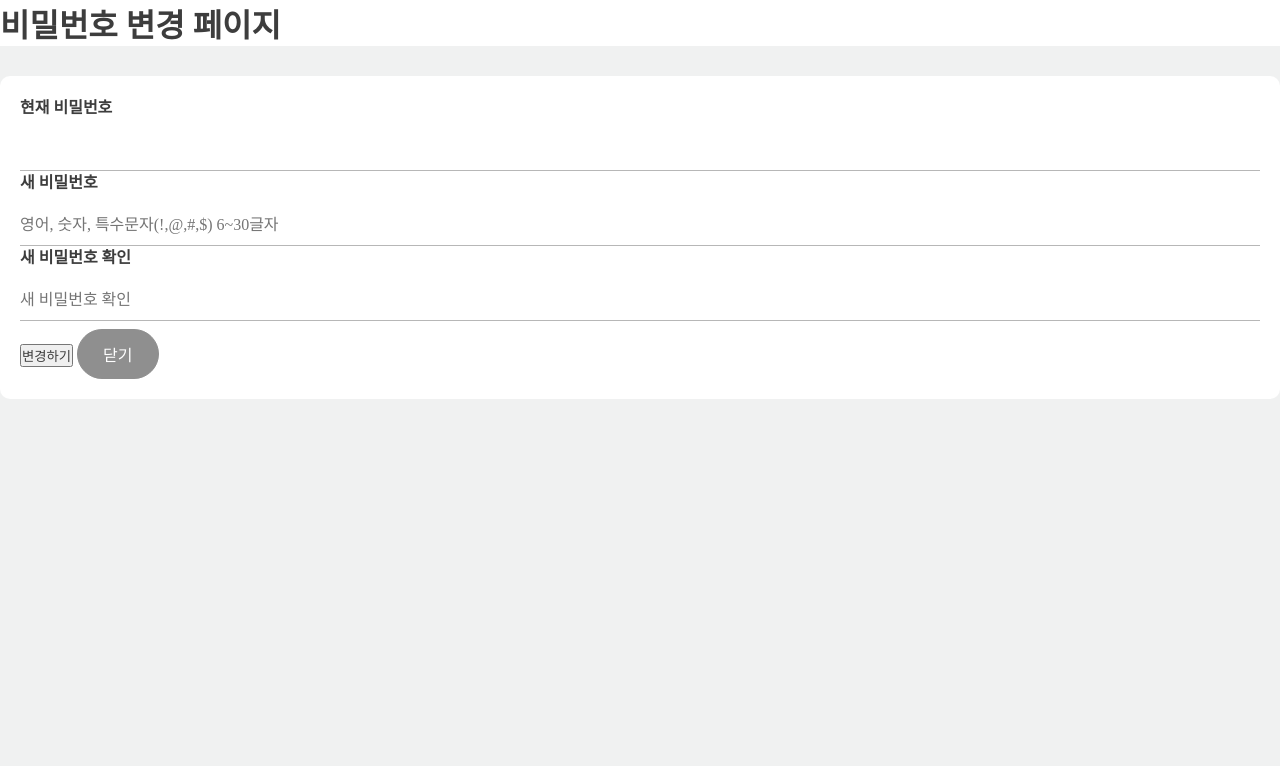
Repository: Godzilla-Man/codingStudy
Page: http://localhost/server_06_notice/member/pwChgFrm
These files come from the project's save history. The page is drawn as it stood at one moment and after the next save; the edit follows.
The browser window is 1280 px wide. The pictures show the whole page.
Some web fonts or font styles are not loaded; a fallback is used. The page is served by Tomcat 9. Other server files are loaded and not shown.

Above is the page before, as saved 2025-05-07 02:49:43.

### server_06_notice/src/main/webapp/WEB-INF/views/member/pwChg.jsp
<%@ page language="java" contentType="text/html; charset=UTF-8"
    pageEncoding="UTF-8"%>
<link rel="stylesheet" href="/resources/css/default.css">
<script src="https://code.jquery.com/jquery-3.7.1.min.js"></script>
<script src="/resources/js/sweetalert.min.js"></script>

<!DOCTYPE html>
<html>
<head>
<meta charset="UTF-8">
<title>Insert title here</title>
</head>
<body>
	<h1>비밀번호 변경 페이지</h1>
</body>
	<div class="wrap">
		<main class="content pw=container">
			<section class="section">
				<div class="pw-info-wrap">
					<form id="pwChgForm" action="/member/pwChg" method="post">

						<div class="input-wrap">
							<div class="input-title">
								<label for="memberPw">현재 비밀번호</label>
							</div>
							<div class="input-item">
								<%-- 서블릿에서 세션에 등록된 회원의 비밀번호와 일치하는지 검증하기 위해, name 속성 작성하여 서버로 전송 --%>
								<input type="password" id="memberPw" name="memberPw">
							</div>
						</div>

						<div class="input-wrap">
							<div class="input-title">
								<label for="newMemberPw">새 비밀번호</label>
							</div>
							<div class="input-item">
								<input type="password" id="newMemberPw" name="newMemberPw" placeholder="영어, 숫자, 특수문자(!,@,#,$) 6~30글자">
							</div>
						</div>

						<div class="input-wrap">
							<div class="input-title">
								<label for="newMemberPwRe">새 비밀번호 확인</label>
							</div>
							<div class="input-item">
								<input type="password" id="newMemberPwRe" name="newMemberPwRe" placeholder="새 비밀번호 확인">
							</div>
							<p id="pwMessage" class="input-msg"></p>
						</div>

						<div class="pw-btn">
							<button type="button" onclick="pwChg()" class="btn=primary lg">변경하기</button>
							<button type="button" onclick="closeFn()" class="btn-secondary lg">닫기</button>
						</div>

					</form>
				</div>
			</section>
		</main>
	</div>
</html>

### server_06_notice/src/main/java/kr/or/iei/member/controller/PwChgFrmServlet.java
package kr.or.iei.member.controller;

import java.io.IOException;

import javax.servlet.RequestDispatcher;
import javax.servlet.ServletException;
import javax.servlet.annotation.WebServlet;
import javax.servlet.http.HttpServlet;
import javax.servlet.http.HttpServletRequest;
import javax.servlet.http.HttpServletResponse;

/**
 * Servlet implementation class PwChgFrmServlet
 */
@WebServlet("/member/pwChgFrm")
public class PwChgFrmServlet extends HttpServlet {
	private static final long serialVersionUID = 1L;

    /**
     * @see HttpServlet#HttpServlet()
     */
    public PwChgFrmServlet() {
        super();
        // TODO Auto-generated constructor stub
    }

	/**
	 * @see HttpServlet#doGet(HttpServletRequest request, HttpServletResponse response)
	 */
	protected void doGet(HttpServletRequest request, HttpServletResponse response) throws ServletException, IOException {
		//1. 인코딩 - 필터
		//2. 값 추출
		//3. 로직
		//4. 결과 처리
			RequestDispatcher view = request.getRequestDispatcher("/WEB-INF/views/member/pwChg.jsp");
			view.forward(request, response);
	}

	/**
	 * @see HttpServlet#doPost(HttpServletRequest request, HttpServletResponse response)
	 */
	protected void doPost(HttpServletRequest request, HttpServletResponse response) throws ServletException, IOException {
		// TODO Auto-generated method stub
		doGet(request, response);
	}

}

### server_06_notice/src/main/webapp/resources/css/default.css


:root {
  /*main color*/
  --main1: #3d3d3d;
  --main2: #6059f7;
  --main3: #6592fe;
  --main4: #36c3fe;
  --main5: #8c61ff;
  /*box-bg*/
  --box-bg: #f0f1f1;
  /*gray*/
  --gray1: #222222;
  --gray2: #555555;
  --gray3: #717171;
  --gray4: #8f8f8f;
  --gray5: #b7b7b7;
  --gray6: #d6d6d6;
  --gray7: #efefef;
  --gray8: #ffffff;

  /*line-color*/
  --line1: #222222;
  --line2: #d6d6d6;
  --line3: #eaeced;
  --line4: #f6f6f6;
  --line5: #f8f9fa;
}
@font-face {
  font-family: ns-l;
  src: url(/resources/resources/font/NotoSansKR-Light.ttf);
}
@font-face {
  font-family: ns-r;
  src: url(/resources/font/NotoSansKR-Regular.ttf);
}
@font-face {
  font-family: ns-b;
  src: url(/resources/font/NotoSansKR-Bold.ttf);
}
@font-face {
  font-family: ns-black;
  src: url(/resources/font/NotoSansKR-Black.ttf);
}
* {
  margin: 0;
  padding: 0;
  outline: 20;
  font-family: ns-r;
  list-style-type: none;
  color : var(--main1);
}
a {
  text-decoration: none;
}
.wrap {
  min-height: 100vh;
  display: flex;
  flex-direction: column;
  min-width: 800px;
  position: relative;
  background-color: var(--box-bg);
}

.header {
  background-color: var(--main2);
  width: 100%;
  position: sticky;
  top: 0;
  z-index:1;
}
.header > div {
  padding: 10px;
  max-width: 1400px;
  margin: 0 auto;
  display: flex;
  align-items: center;
}
.header a {
  color: var(--gray8);
}
.logo {
  margin-right: 24px;
}
.logo > a {
  font-family: ns-black;
  font-size: 28px;
}
.nav {
  flex: 1;

}
.nav > ul {
  display: flex;
  align-items: center;
}
.nav > ul > li {
  margin: 0px 15px;
  position: relative;

}
.nav a,
.user-menu a {
  transition-duration: 0.3s;
}

.nav a:hover,
.user-menu a:hover {
  color: var(--gray1);
}

.nav .sub-menu {
  display: none;
  position: absolute;
  width: 130px;
  background-color: #fff;
  border: 1px solid var(--main2);
  border-radius: 5px;
  left: 10px;
  z-index: 1;
}

.sub-menu > li > a {
  color: var(--main2);
  padding: 10px;
  display: block;
}
.nav > ul > li:hover > .sub-menu {
  display: block;
}
.sub-menu > li > a:hover {
  background-color: var(--main2);
  color: var(--gray8);
}
.user-menu {
  display: flex;
}
.user-menu > li {
  margin-left: 20px;
}

.content {
  width: 100%;
  max-width: 1400px;
  margin: 30px auto;
  flex: 1;

}
.page-title {
  font-weight : bold;
  padding: 30px;
  text-align: center;
  font-family: ns-b;
  font-size: 20px;
  color: var(--main2);
}
.footer {
  background-color: var(--gray6);
}
.footer > div {
  max-width: 1400px;
  padding: 20px 10px;
  margin: 0 auto;
}
.footer > div > p {
  margin: 10px 0px;
  font-family: ns-b;
  font-size: 16px;
}

section.section {
  padding: 20px;
  border-radius: 10px;
  background-color: var(--gray8);
}
section.section.bg-section {
  background-color: var(--box-bg);
}

[class^="btn-"] {
  cursor: pointer;
  font-size: 14px;
  padding: 9px 20px;
  border: none;
  border-radius: 5px;
  font-family: ns-b;
}
.btn-primary {
  border: 1px solid var(--main3);
  background-color: var(--main3);
  color: var(--gray8);
}
.btn-primary:hover {
  background-color: rgba(101, 146, 254, 0.9);
}
.btn-secondary {
  border: 1px solid var(--gray4);
  background-color: var(--gray4);
  color: var(--gray8);
}
.btn-secondary:hover {
  background-color: rgba(143, 143, 143, 0.9);
}
.btn-point {
  border: 1px solid var(--main5);
  background-color: var(--main5);
  color: var(--gray8);
}
.btn-point:hover {
  background-color: rgba(140, 97, 255, 0.9);
}
.btn-primary.outline {
  color: var(--main3);
  background-color: var(--gray8);
}
.btn-primary.outline:hover {
  background-color: rgba(101, 146, 254, 0.2);
}
.btn-secondary.outline {
  color: var(--gray4);
  background-color: var(--gray8);
}
.btn-secondary.outline:hover {
  background-color: rgba(143, 143, 143, 0.2);
}
.btn-point.outline {
  color: var(--main5);
  background-color: var(--gray8);
}
.btn-point.outline:hover {
  background-color: rgba(140, 97, 255, 0.2);
}
[class^="btn-"].sm {
  padding: 5px 10px;
  font-family: ns-r;
  font-size: 12px;
}
[class^="btn-"].md {
  padding: 7px 15px;
  font-size: 14px;
  border-radius: 20px;
}
[class^="btn-"].lg {
  padding: 12px 25px;
  font-size: 16px;
  border-radius: 25px;
}

.tbl {
  border-top: 1px solid var(--main3);
  width: 100%;
  border-spacing: 0;
}
.tbl th,
.tbl td {
  text-align: center;
  border-bottom: 1px solid var(--line2);
  padding: 10px 20px;
}
.tbl th.left,
.tbl td.left {
  text-align: left;
}
.tbl th {
  background-color: rgba(101, 146, 254, 0.2);
}
.tbl.tbl-hover tbody > tr:hover {
  cursor: pointer;
  background-color: rgba(101, 146, 254, 0.1);
}
.input-wrap {
  display: flex;
  flex-direction: column;
}
.input-wrap > .input-title {
  margin-bottom: 10px;
  font-size: 16px;
  font-weight: bold;
  line-height: 1.5;
}
.input-item {
  display: flex;
  gap: 10px;
}
.input-item > input {
  flex: 1;
  font-size: 16px;
  line-height: 1.5;
  border: none;
  border-bottom: 1px solid var(--gray5);
  padding: 8px 0px;
}
.input-item + .input-msg {
  position: relative;
  margin-top: 8px;
  padding-left: 24px;
  color: var(--gray3);
  font-size: 14px;
  line-height: 1.5;
}
.input-item + .input-msg::before {
  content: "";
  display: block;
  position: absolute;
  left: 0;
  top: 0;
  bottom: 0;
  width: 20px;
  background: url(/resources/images/icon_info.svg) no-repeat center / contain;
}
.input-item + .input-msg.valid {
  color: #1065dc;
}
.input-item + .input-msg.valid::before {
  background: url(/resources/images/icon_info_success.svg) no-repeat center / contain;
}
.input-item + .input-msg.invalid {
  color: #ff3d00;
}
.input-item + .input-msg.invalid::before {
  background: url(/resources/images/icon_info_warning.svg) no-repeat center / contain;
}

.input-item > textarea {
  width: 100%;
  height: 156px;
  padding: 15px;
  resize: none;
  font-size: 16px;
  line-height: 24px;
  border: 1px solid var(--line2);
}

.input-wrap > input[type="checkbox"] {
  display: none;
}
.input-wrap > input[type="checkbox"] + label {
  position: relative;
  display: block;
  flex-grow: 1;
  padding: 8px 0 8px 30px;
  cursor: pointer;
}
.input-wrap > input[type="checkbox"] + label::before {
  content: "";
  display: block;
  position: absolute;
  left: 0;
  top: 8px;
  width: 24px;
  height: 24px;
  color: var(--main3);
  border-radius: 50%;
  background: url(/resources/images/icon_check.png) no-repeat center / 20px;
}
.input-wrap > input[type="checkbox"]:checked + label::before {
  background: url(/resources/images/icon_check_active.png) no-repeat center / 20px;
}

.input-wrap > input[type="radio"] {
  display: none;
}
.input-wrap > input[type="radio"] + label {
  position: relative;
  display: block;
  flex-grow: 1;
  padding: 8px 0 8px 30px;
  cursor: pointer;
}
.input-wrap > input[type="radio"] + label::before {
  content: "";
  display: block;
  position: absolute;
  left: 0;
  top: 8px;
  width: 24px;
  height: 24px;
  color: var(--main3);
  border-radius: 50%;
  background: url(/resources/images/icon_check.png) no-repeat center / 20px;
}
.input-wrap > input[type="radio"]:checked + label::before {
  background: url(/resources/images/icon_check_active.png) no-repeat center / 20px;
}
.select {
  flex: 1;
  position: relative;
  border: 1px solid var(--line2);
  border-radius: 5px;
  background: #fff url(/resources/images/icon_arrow_down.svg) no-repeat right 12px center / 12px;
  overflow: hidden;
}
.select > select {
  width: 100%;
  padding: 8px 12px;
  font-size: 16px;
  line-height: 1.5;
  cursor: pointer;
  appearance: none;
  background-color: transparent;
  border: 0;
}
.modal-bg {
  background-color: rgba(0, 0, 0, 0.4);
  position: fixed;
  width: 100vw;
  height: 100vh;
  top: 0;
  left: 0;
  display: none;
  justify-content: center;
  align-items: center;
}
.modal-bg.open {
  display: flex;
}
.modal-container {
  background-color: var(--gray8);
  padding: 40px 20px;
  width: 500px;
  display: flex;
  flex-direction: column;
  border-radius: 10px;
  gap: 20px;
  box-sizing: border-box;
  position: relative;
}
.modal-title {
  font-size: 20px;
  font-family: ns-b;
  line-height: 30px;
  text-align: center;
}
.modal-main {
  flex: 1;
  overflow-y: auto;
  padding: 0px 30px;
}
.modal-content {
  max-height: 200px;
}
.modal-btn-area {
  display: flex;
  gap: 13px;
  justify-content: center;
}
.modal-close-btn {
  position: absolute;
  top: 20px;
  right: 20px;
  font-size: 30px;
  cursor: pointer;
}

.posting-wrap{
	overflow: hidden;
	padding: 10px;
}
.posting-wrap>.posting-item{
	box-sizing: border-box;
	width : 335px;
	float: left;
	padding : 30px

}
.posting-item>a{
	display : block;
}
.posting-item:hover{
	box-shadow: 0 2px 10px 0 rgba(0, 0, 0, 0.2);
}
.posting-img{
	height: 200px;
}
.posting-img>img{
	width:100%;
	height:100%;
	object-fit:contain;
}
.posting-info{
	margin: 10px auto;
	width: 75%
}
.posting-title{
	font-size : 18px;
	font-family : ns-b;
	white-space: nowrap;
	overflow: hidden;
	text-overflow: ellipsis;
}

.pagination {
  list-style-type: none;
  display: flex;
  justify-content: center;
  align-items: center;
}
.posting-sub-info{
	margin : 10px 0px;
	display: flex;
	justify-content: space-between;
}
.posting-sub-info>span{
	font-size: 14px;
	font-family: ns-b;
}

.pagination > li {
  width: 40px;
  height: 40px;
  text-align: center;
  line-height: 40px;
  overflow: hidden;
}
.pagination.circle-style > li {
  border-radius: 50%;
}
.pagination > li > a.page-item {
  display: block;
  width: 100%;
  height: 100%;
  font-size: 18px;
}
.pagination > li > a.page-item > span.material-icons {
  display: block;
  width: 100%;
  height: 100%;
  line-height: 40px;
}
.pagination .page-item.active-page {
  background-color: var(--main2);
  color: #fff;
}

### server_06_notice/src/main/webapp/resources/images/icon_info.svg
<svg fill="#717171" clip-rule="evenodd" fill-rule="evenodd" stroke-linejoin="round" stroke-miterlimit="2" viewBox="0 0 24 24" xmlns="http://www.w3.org/2000/svg"><path d="m12.002 2.005c5.518 0 9.998 4.48 9.998 9.997 0 5.518-4.48 9.998-9.998 9.998-5.517 0-9.997-4.48-9.997-9.998 0-5.517 4.48-9.997 9.997-9.997zm0 1.5c-4.69 0-8.497 3.807-8.497 8.497s3.807 8.498 8.497 8.498 8.498-3.808 8.498-8.498-3.808-8.497-8.498-8.497zm0 6.5c-.414 0-.75.336-.75.75v5.5c0 .414.336.75.75.75s.75-.336.75-.75v-5.5c0-.414-.336-.75-.75-.75zm-.002-3c.552 0 1 .448 1 1s-.448 1-1 1-1-.448-1-1 .448-1 1-1z" fill-rule="nonzero"/></svg>

Loaded but not shown: server_06_notice/src/main/webapp/resources/js/sweetalert.min.js (library)

After the next save:
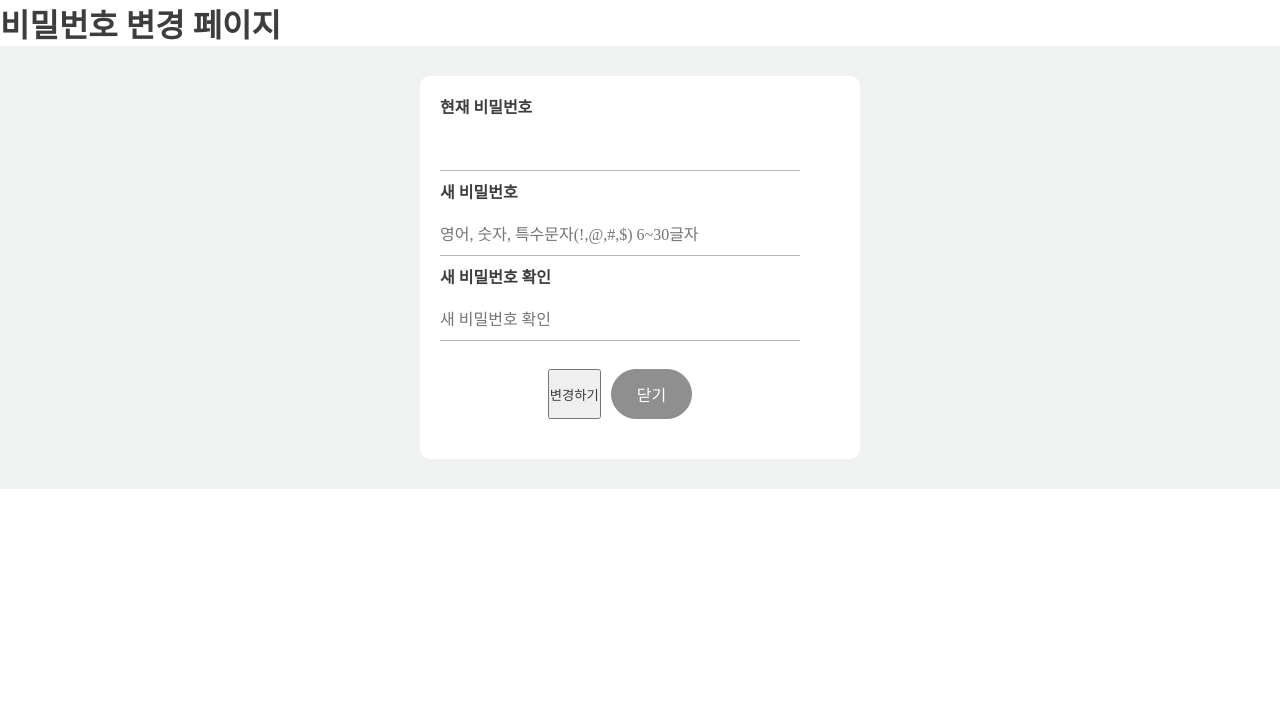
Saved 10 min 21 s later.
--- a/server_06_notice/src/main/webapp/WEB-INF/views/member/pwChg.jsp
+++ b/server_06_notice/src/main/webapp/WEB-INF/views/member/pwChg.jsp
@@ -1,14 +1,48 @@
 <%@ page language="java" contentType="text/html; charset=UTF-8"
     pageEncoding="UTF-8"%>
-<link rel="stylesheet" href="/resources/css/default.css">
-<script src="https://code.jquery.com/jquery-3.7.1.min.js"></script>
-<script src="/resources/js/sweetalert.min.js"></script>
-
 <!DOCTYPE html>
 <html>
 <head>
 <meta charset="UTF-8">
 <title>Insert title here</title>
+
+<link rel="stylesheet" href="/resources/css/default.css">
+<script src="https://code.jquery.com/jquery-3.7.1.min.js"></script>
+<script src="/resources/js/sweetalert.min.js"></script>
+
+<style>
+	.wrap {
+		min-width: 400px;
+		min-height: 400px;
+	}
+	.pw-container {
+		display: flex;
+		align-items: center;
+	}
+	.section {
+		width: 400px;
+		margin : 0 auto;
+		display : flex;
+		justifry-content : center;
+	}
+	.pw-info-wrap {
+		width : 90%;
+	}
+	.input-wrap {
+		margin-bottom : 10px;
+	}
+	.pw-btn {
+		margin : 20px 0px;
+		text-align : center;
+		display : flex;
+		justify-content : center;
+		gap : 10px;
+	}
+	pw-btn>button {
+		width : 40%;
+	}
+</style>
+
 </head>
 <body>
 	<h1>비밀번호 변경 페이지</h1>
